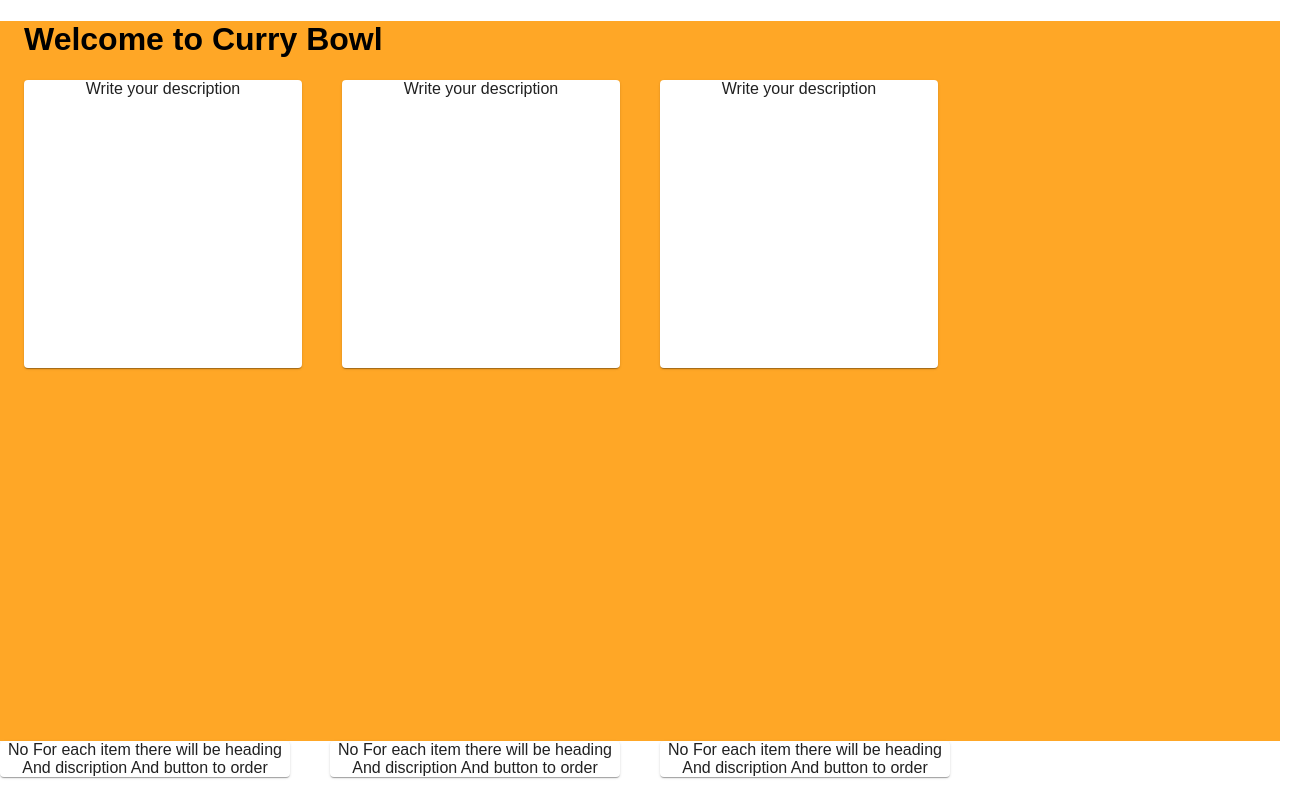
Repository: appikonda/food-order
Page: /
These files come from the project's save history. The page is drawn as it stood at one moment and after the next save; the edit follows.
The browser window is 1280 px wide. The page is 1300 px wide, so the pictures cover 1300 px, including what lies to the right of the window. The pictures show the whole page.
The project was rebuilt for these pictures with package versions that can differ from the ones it lists, and the page was loaded fresh each time. Also part of the build but not shown: webpack.config.js, src/App.css.

Above is the page before, as saved 2019-08-15 17:14:27.

### src/App.js
import React, { Component } from 'react';
import logo from './logo.svg';
import './App.css';
import OrderFood from './OrderFood.jsx'
class App extends Component {
  render() {
    return (
      <div>

           <OrderFood/>


    </div>
    );
  }
}

export default App;

### src/OrderFood.jsx
import React, { Component } from 'react';

import Typography from '@material-ui/core/Typography';
import Container from '@material-ui/core/Container';
import ExpansionPanel from '@material-ui/core/ExpansionPanel';
import ExpansionPanelDetails from '@material-ui/core/ExpansionPanelDetails';
import ExpansionPanelSummary from '@material-ui/core/ExpansionPanelSummary';
import Iframe from 'react-iframe'
import Grid from '@material-ui/core/Grid';
import { makeStyles  } from '@material-ui/core/styles';


import Paper from '@material-ui/core/Paper';



class OrderFood extends Component {


  render() {
    return (
      <div >

      <Container  fixed style={{ backgroundColor: '#ffa726', height: '100vh' }}>
      <h1>Welcome to Curry Bowl</h1>
      <Grid container spacing={5}>

        <Grid item xs={6} sm={3}  >
          <Paper style={{  textAlign: 'center',  color: '#212121', height: '40vh'  }}>
             Write your description

          </Paper>
        </Grid>
        <Grid item xs={6} sm={3} >
          <Paper style={{  textAlign: 'center',  color: '#212121', height: '40vh'  }}>
             Write your description

          </Paper>
        </Grid>
        <Grid item xs={6} sm={3} >
          <Paper style={{  textAlign: 'center',  color: '#212121', height: '40vh'  }}>
             Write your description

          </Paper>
        </Grid>


  </Grid>



      </Container>
      {this.renderGridOptions()}



      </div>
    );
  }
//One for biryani orders // 6.99
//One for one curry options// 5.99/
//One for 2 curry options //6.99
//One for full plate options //8.99

renderGridOptions(){

  return (
    <div >
    <Grid container spacing={5}>

        <Grid item xs={6} sm={3}  >
          <Paper style={{      textAlign: 'center',      color: '#212121'  }}>No   For each item there will be heading
  And discription
  And button to order</Paper>
        </Grid>
        <Grid item xs={6} sm={3} >
          <Paper style={{  textAlign: 'center',  color: '#212121'  }}>
        No
  For each item there will be heading
  And discription
  And button to order</Paper>
        </Grid>
        <Grid item xs={6} sm={3}>
          <Paper style={{

  textAlign: 'center',
  color: '#212121'
  }}>No
  For each item there will be heading
  And discription
  And button to order</Paper>
        </Grid>

  </Grid>
  </div>
  );

}


renderOptions(){



  return(
    <div>
      <ExpansionPanel  >
        <ExpansionPanelSummary
          aria-controls="panel1bh-content"
          id="panel1bh-header"
        ><b>Order Biryani</b>


        </ExpansionPanelSummary>
        <ExpansionPanelDetails>

          <Iframe url="https://docs.google.com/forms/d/e/1FAIpQLSdyKr7HLqYcw9uLIflgbRmy-7WHtb8fDuJuym8K5pYcW45q3g/viewform"
         width="900px"
         height="600px"
            />

        </ExpansionPanelDetails>
      </ExpansionPanel>
      <ExpansionPanel >
        <ExpansionPanelSummary

          aria-controls="panel2bh-content"
          id="panel2bh-header"
        >
          Order One Curry Plate

        </ExpansionPanelSummary>
        <ExpansionPanelDetails>
          <Typography>
          Linkk to add One Curry Plate
          </Typography>
        </ExpansionPanelDetails>
      </ExpansionPanel>
      <ExpansionPanel  >
        <ExpansionPanelSummary

          aria-controls="panel3bh-content"
          id="panel3bh-header"
        >
          Order two Curry Plate
        </ExpansionPanelSummary>
        <ExpansionPanelDetails>
          <Typography>
          Linkk to add two curries plaues
          </Typography>
        </ExpansionPanelDetails>
      </ExpansionPanel>
      <ExpansionPanel >
        <ExpansionPanelSummary

          aria-controls="panel4bh-content"
          id="panel4bh-header"
        >
          <Typography>Full Plate </Typography>
        </ExpansionPanelSummary>
        <ExpansionPanelDetails>
          <Typography>
            Nunc vitae orci ultricies, auctor nunc in, volutpat nisl. Integer sit amet egestas eros,
            vitae egestas augue. Duis vel est augue.
          </Typography>
        </ExpansionPanelDetails>
      </ExpansionPanel>
    </div>
  );


}


}

export default OrderFood;

Loaded but not shown: public/index.html (common file); src/index.js (common file); src/index.css (common file)

After the next save:
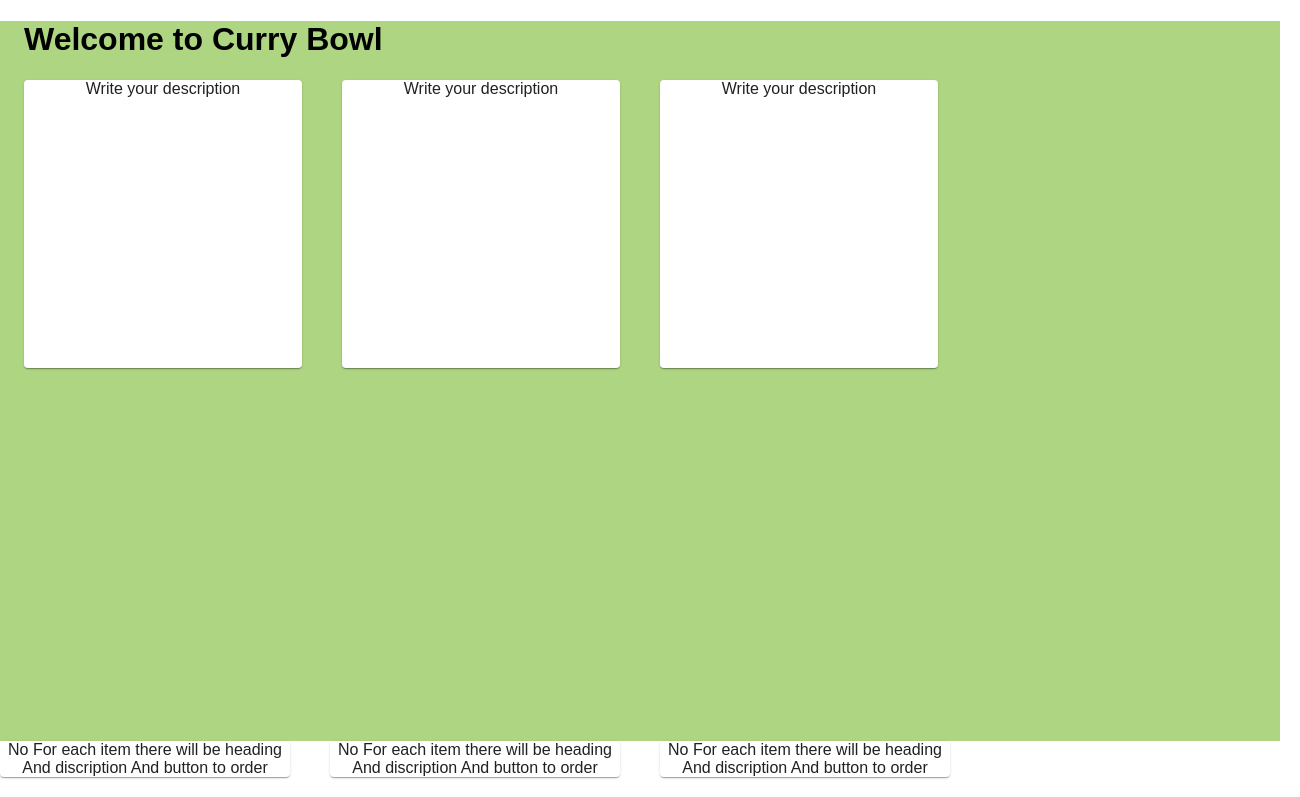
Saved 21 s later.
--- a/src/OrderFood.jsx
+++ b/src/OrderFood.jsx
@@ -21,7 +21,7 @@ class OrderFood extends Component {
     return (
       <div >
 
-      <Container  fixed style={{ backgroundColor: '#ffa726', height: '100vh' }}>
+      <Container  fixed style={{ backgroundColor: '#aed581', height: '100vh' }}>
       <h1>Welcome to Curry Bowl</h1>
       <Grid container spacing={5}>
 
